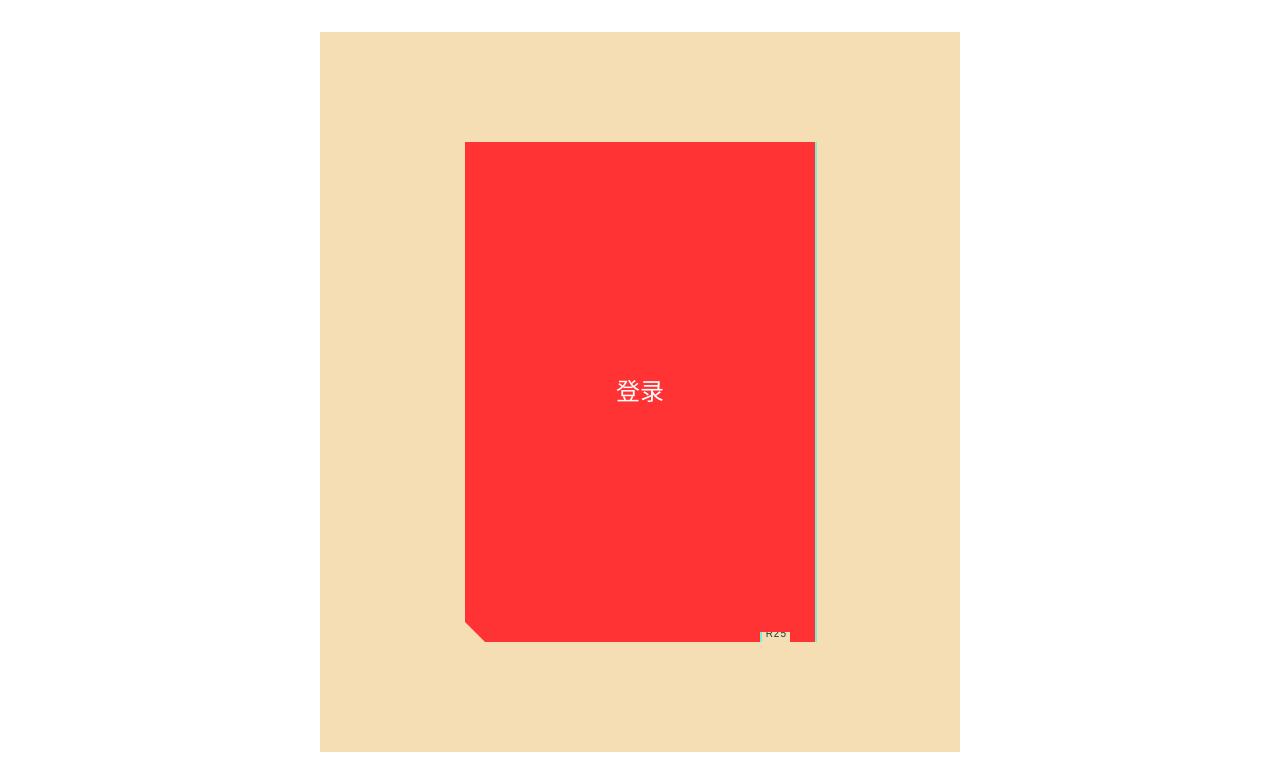
Repository: yezhonghu0503/brainstorming
Page: /
These files come from the project's save history. The page is drawn as it stood at one moment and after the next save; the edit follows.
The browser window is 1280 px wide. The pictures show the whole page.
The project was rebuilt for these pictures with package versions that can differ from the ones it lists, and the page was loaded fresh each time. Also part of the build but not shown: vite.config.ts.

Above is the page before, as saved 2022-10-11 15:52:24.

### src/main.ts
import { createApp } from 'vue'
import './style.css'
import App from './App.vue'
import router from './router'

const app = createApp(App);

app.use(router);
app.mount('#app');

### src/App.vue
<script setup lang="ts">
// This starter template is using Vue 3 <script setup> SFCs
// Check out https://vuejs.org/api/sfc-script-setup.html#script-setup
import {onMounted} from "vue"
onMounted(()=>{
  console.log("---Braninstorming v1.0 dev---")
})
</script>

<template>
  <router-view />
</template>

<style scoped>
body {
  background: #f6f6f6;
}
#app {
  font-family: Avenir, Helvetica, Arial, sans-serif;
  -webkit-font-smoothing: antialiased;
  -moz-osx-font-smoothing: grayscale;
  text-align: center;
  color: #2c3e50;
  overflow-x: hidden;
  padding-bottom: 15px;
  /* margin-top: 60px; */
}
</style>

### src/router/index.ts
import {createRouter,createWebHistory,createWebHashHistory,RouteRecordRaw} from "vue-router"
import { defineAsyncComponent } from "vue";

const history = createWebHashHistory();
const routes: Array<RouteRecordRaw> = [
    {
        path:'/',
        name:'login',
        component: ()=> import(`../views/login/index.vue`),
        meta:{
            title:"登录"
        }
    }
]
const router = createRouter({
    history:history,
    routes:routes
})
//路由守卫
router.beforeEach((to, from, next) => {
    // to and from are both route objects. must call `next`.
    if(to.meta.title){
        document.title = `${to.meta.title}`;
    }
    next();
})
router.afterEach((to, from) => {
    // to and from are both route objects.
})

export default router;

### src/views/login/index.vue
<script lang="ts">
import cyberpunk from "./2077win/index.vue"
export default {
    components:{
        cyberpunk
    },
  setup() {
    return {
        cyberpunk
    }
  },
};
</script>

<template>
<cyberpunk />
</template>

<style>
* {
  box-sizing: border-box;
  padding: 0;
  margin: 0;
  font-family: BlenderProBold, "PingFang SC", "Microsoft Yahei", sans-serif;
}
</style>

### src/views/login/2077win/index.vue
<script lang="ts">

let formdata = new FormData();
export default {
  setup() {},
};
</script>

<template>
  <main>
    <div class="button">
      <div class="glitch"></div>
      <div class="text" data-text="登录">登录</div>
      <span class="platform">R25</span>
    </div>
  </main>
</template>

<style>
* {
  box-sizing: border-box;
  padding: 0;
  margin: 0;
  font-family: BlenderProBold, "PingFang SC", "Microsoft Yahei", sans-serif;
}

main {
background: wheat;
  width: 50vw;
  height: 100vh;
  display: flex;
  align-items: center;
  justify-content: center;
}

.button {
  width: 350px;
  height: 500px;
  background: none;
  display: flex;
  align-items: center;
  justify-content: center;
  position: relative;
  cursor: pointer;
}

.button::after,
.button::before,
.glitch {
  content: "";
  display: block;
  position: absolute;
  top: 0;
  left: 0;
  width: 100%;
  height: 100%;
  clip-path: polygon(
    0 0,
    100% 0,
    100% 100%,
    calc(100% - 25px) 100%,
    calc(100% - 25px) calc(100% - 10px),
    calc(100% - 55px) calc(100% - 10px),
    calc(100% - 55px) 100%,
    20px 100%,
    0 calc(100% - 20px)
  );
}

.button::before {
  left: 2px;
  background: hsl(180, 100%, 50%, 50%);
}
.button::after {
  background: hsl(0deg, 100%, 60%);
}

.glitch {
  background: hsl(0deg, 100%, 60%);
  box-shadow: 0 0 0 1px hsl(180, 100%, 50%) inset;
  z-index: 10;
  opacity: 0;
}

.text {
  font-size: 24px;
  font-weight: 800;
  color: white;
  position: relative;
  z-index: 15;
}
.text::before {
  content: attr(data-text);
  position: absolute;
  display: block;
  top: 0;
  left: 0;
  text-shadow: 1px 1px hsl(180, 100%, 50%), -1px -2px hsl(50deg, 100%, 60%);
  opacity: 0;
}

.button:hover .glitch,
.button:hover .text::before {
  animation: glitch-effect 2s infinite;
  opacity: 1;
}

.platform {
  position: absolute;
  right: 28px;
  bottom: -4px;
  font-size: 10px;
  letter-spacing: 1px;
  font-weight: 500;
}

@keyframes glitch-effect {
  0% {
    clip-path: polygon(0 0, 100% 0, 100% 2%, 0 2%);
  }
  5% {
    clip-path: polygon(0 8%, 100% 8%, 100% 16%, 0 16%);
  }
  10% {
    clip-path: polygon(0 80%, 100% 80%, 100% 88%, 0 88%);
    transform: translate3d(-5px, 0, 0);
  }
  15% {
    clip-path: polygon(0 80%, 100% 80%, 100% 88%, 0 88%);
    transform: translate3d(5px, 0, 0);
  }
  16% {
    clip-path: polygon(0 80%, 100% 80%, 100% 88%, 0 88%);
    transform: translate3d(5px, 0, 0);
  }
  17% {
    clip-path: polygon(0 90%, 100% 90%, 100% 100%, 0 100%);
    transform: translate3d(5px, 0, 0);
  }
  18% {
    clip-path: polygon(0 0, 0 0, 0 0, 0 0);
  }
  20% {
    clip-path: polygon(0 30%, 100% 30%, 100% 65%, 0 65%);
  }
  25% {
    clip-path: polygon(0 30%, 100% 30%, 100% 65%, 0 65%);
    transform: translate3d(-5px, 0, 0);
  }
  28% {
    clip-path: polygon(0 30%, 100% 30%, 100% 65%, 0 65%);
    transform: translate3d(-5px, 0, 0);
  }
  29% {
    clip-path: polygon(0 30%, 100% 30%, 100% 65%, 0 65%);
    transform: translate3d(5px, 0, 0);
  }
  30% {
    clip-path: polygon(0 75%, 100% 75%, 100% 100%, 0 100%);
  }

  40% {
    clip-path: polygon(0 45%, 100% 45%, 100% 60%, 0 60%);
  }
  42% {
    clip-path: polygon(0 45%, 100% 45%, 100% 60%, 0 60%);
    transform: translate3d(-5px, 0, 0);
  }
  45% {
    clip-path: polygon(0 45%, 100% 45%, 100% 60%, 0 60%);
    transform: translate3d(5px, 0, 0);
  }
  48% {
    clip-path: polygon(0 45%, 100% 45%, 100% 60%, 0 60%);
    transform: translate3d(-5px, 0, 0);
  }
  50% {
    clip-path: polygon(0 0, 0 0, 0 0, 0 0);
  }
  60% {
    clip-path: polygon(0 100%, 100% 100%, 100% 100%, 0 100%);
  }
  100% {
    clip-path: polygon(0 100%, 100% 100%, 100% 100%, 0 100%);
    transform: translate3d(0, 0, 0);
  }
}
</style>

Loaded but not shown: index.html (common file); src/style.css (common file)

After the next save:
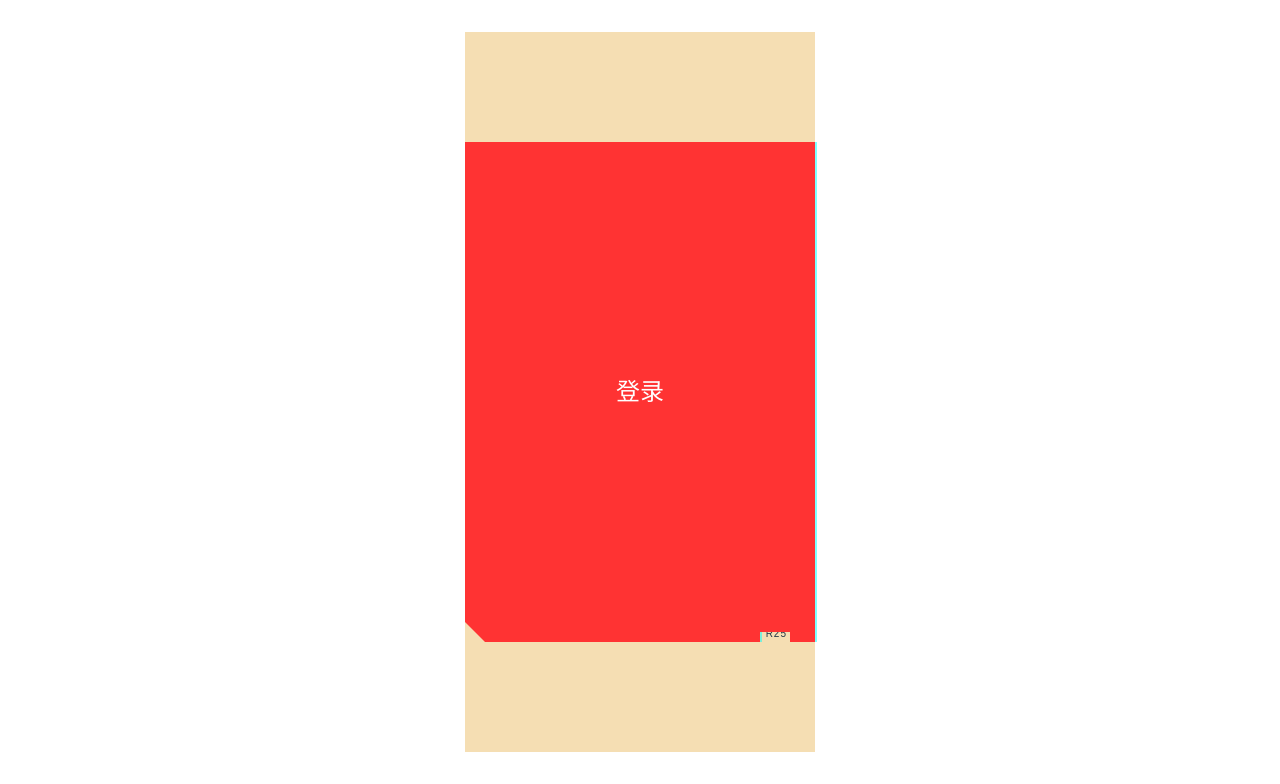
Saved 11 s later.
--- a/src/views/login/2077win/index.vue
+++ b/src/views/login/2077win/index.vue
@@ -26,7 +26,7 @@
 
 main {
 background: wheat;
-  width: 50vw;
+  width: 350px;
   height: 100vh;
   display: flex;
   align-items: center;
